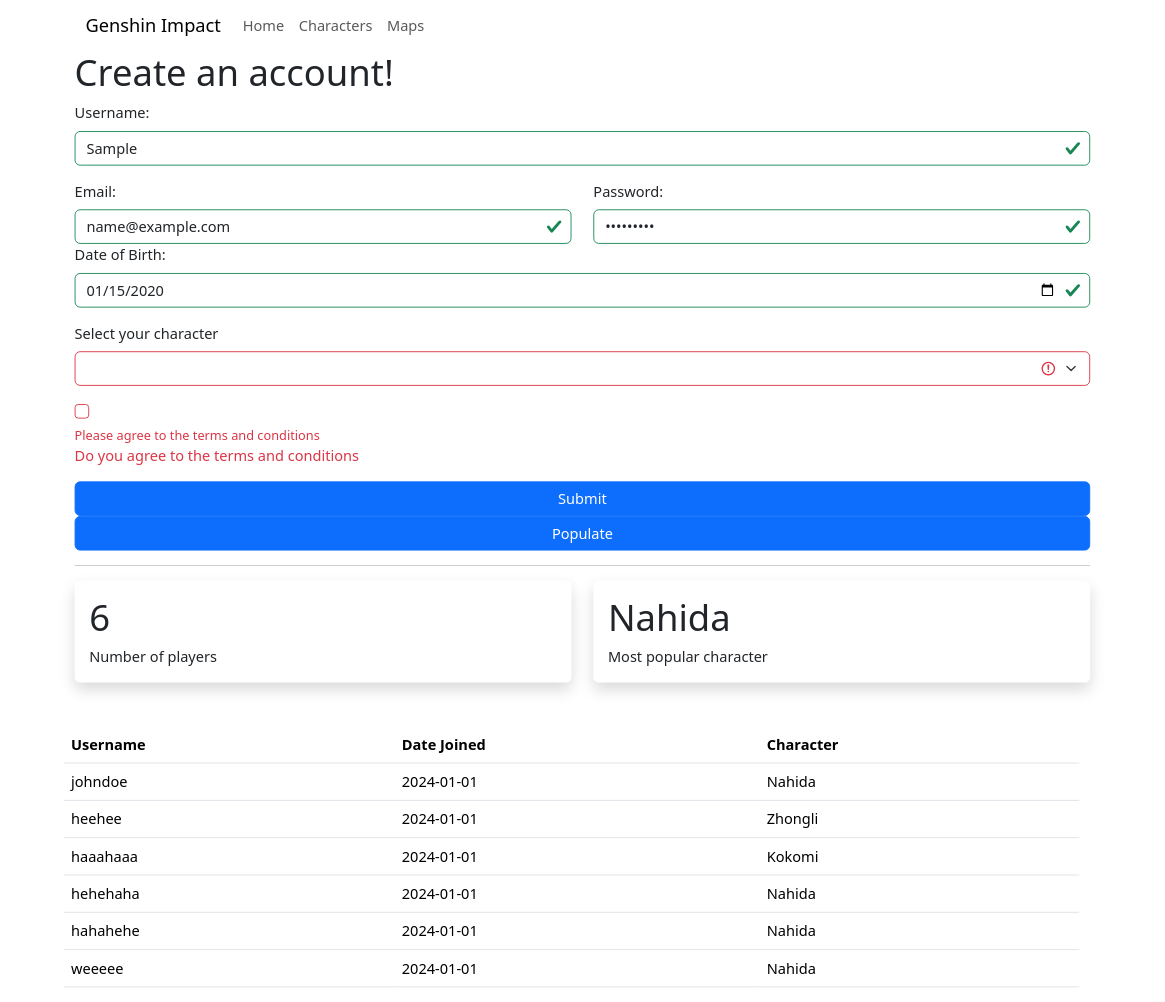
Repository: pendragons-code/BootStrap-Lesson
Page: static/html/genshin_account.html
These files come from the project's save history. The page is drawn as it stood at one moment and after a run of saves; the edit follows.
The browser window is 1280 px wide. The pictures show the whole page, at 91% of full size.
Empty fields were first filled with sample values (such as "Sample", 5 or name@example.com).
After loading, the first visible `form.container` was submitted once.

Above is the page before, as saved 2024-07-22 14:07:37.

### static/html/genshin_account.html
<!DOCTYPE html>
<html lang="en">

<head>
	<meta charset="UTF-8">
	<meta name="viewport" content="width=device-width, initial-scale=1.0">
	<link href="https://cdn.jsdelivr.net/npm/bootstrap@5.3.3/dist/css/bootstrap.min.css" rel="stylesheet"
		integrity="sha384-QWTKZyjpPEjISv5WaRU9OFeRpok6YctnYmDr5pNlyT2bRjXh0JMhjY6hW+ALEwIH" crossorigin="anonymous">
	<script src="https://cdn.jsdelivr.net/npm/bootstrap@5.3.3/dist/js/bootstrap.bundle.min.js"
		integrity="sha384-YvpcrYf0tY3lHB60NNkmXc5s9fDVZLESaAA55NDzOxhy9GkcIdslK1eN7N6jIeHz"
		crossorigin="anonymous"></script>
	<script src="/js/genshin_users.js" defer></script>
	<script src="/js/genshin_form.js" defer></script>
	<title>Document</title>
</head>

<body>
	<div class="container">
		<nav class="navbar navbar-expand-sm bg-body-primary">
			<div class="container-fluid">
				<a class="navbar-brand" href="#">Genshin Impact</a>
				<button class="navbar-toggler" type="button" data-bs-toggle="collapse" data-bs-target="#navbarNav"
					aria-controls="navbarNav" aria-expanded="false" aria-label class="form-label"="Toggle navigation">
					<span class="navbar-toggler-icon"></span>
				</button>
				<div class="collapse navbar-collapse" id="navbarNav">
					<ul class="navbar-nav">
						<li class="nav-item">
							<a class="nav-link" href="#">Home</a>
						</li>
						<li class="nav-item">
							<a class="nav-link" href="#">Characters</a>
						</li>
						<li class="nav-item">
							<a class="nav-link" href="#">Maps</a>
						</li>
					</ul>
				</div>
			</div>
		</nav>
	</div>

	<form action="#" method="POST" class="container needs-validation" novalidate>
		<h1 class="display1">Create an account!</h1>
		<div class="row">
			<div class="col mb-3">
				<label class="form-label" for="usernameField">Username: </label>
				<input required=true class="form-control" type="text" id="usernameField"
					placeholder="Enter your username" name="username">
				<div class="invalid-feedback">Please provide valid username</div>
			</div>
		</div>

		<div class="row">
			<div class="col mb-3-12 col mb-3-sm-6">
				<label class="form-label" for="emailField">Email:</label>
				<input required=true class="form-control" type="email" id="emailField" placeholder="Enter your email"
					name="email">
				<div class="invalid-feedback">Please provide valid email</div>
			</div>

			<div class="col mb-3-12 col mb-3-sm-6">
				<label class="form-label" for="passwordField">Password: </label>
				<input required=true class="form-control" type="password" id="passwordField" name="password">
				<div class="invalid-feedback">Please provide valid password</div>
			</div>
		</div>

		<div class="row">
			<div class="col mb-3">
				<label class="form-label" for="dateOfBirth">Date of Birth: </label>
				<input class="form-control" type="date" id="dateOfBirth">
			</div>
		</div>


		<div class="row">
			<div class="col mb-3">
				<label class="form-label" for="character">Select your character</label>
				<select id="character" class="form-select" required=true>
					<div class="invalid-feedback">Please select character</div>
					<option></option>
					<option>Zhongli</option>
					<option>Nahida</option>
					<option>Kokomi</option>
					<option>Raiden</option>
				</select>
			</div>
		</div>


		<div class="row">
			<div class="col mb-3">
				<input required=true class="form-check-input required=true" type="checkbox" name="terms"
					id="termsField">
				<div class="invalid-feedback">Please agree to the terms and conditions</div>
				<label class="form-check-label" for="termsField">Do you agree to the terms and conditions</label>
			</div>
		</div>
		<div class="d-grid">
			<button type="submit" class="btn btn-primary">Submit</button>
			<button type="button" onclick="dummyData()" class="btn btn-primary">Populate</button>
		</div>

	</form>
	<div class="container">
		<hr>
		<div class="row">
			<div class="col">
				<div class="shadow p-3 mb-5 bg-body rounded">
					<h1 id="playerCount">0</h1>
					<div>Number of players</div>
				</div>
			</div>
			<div class="col">
				<div class="shadow p-3 mb-5 bg-body rounded">
					<h1>Nahida</h1>
					<div>Most popular character</div>
				</div>
			</div>
			<div class="row">
				<table class="table">
					<thead>
						<tr>
							<th scope="col">Username</th>
							<th scope="col">Date Joined</th>
							<th scope="col">Character</th>
						</tr>
					</thead>
					<tbody id="playerTableBody"></tbody>
				</table>
			</div>
		</div>
	</div>
</body>

</html>

### static/js/genshin_users.js
"use strict";

let users = [
	{
		username: "johndoe",
		character: "Nahida",
		dateJoined: "2024-01-01"
	},
	{
		username: "heehee",
		character: "Zhongli",
		dateJoined: "2024-01-01"
	},
	{
		username: "haaahaaa",
		character: "Kokomi",
		dateJoined: "2024-01-01"
	},
	{
		username: "hehehaha",
		character: "Nahida",
		dateJoined: "2024-01-01"
	},
	{
		username: "hahahehe",
		character: "Nahida",
		dateJoined: "2024-01-01"
	},
	{
		username: "weeeee",
		character: "Nahida",
		dateJoined: "2024-01-01"
	},
];

### static/js/genshin_form.js
"use strict";

updatePlayerCount();
function updatePlayerCount() {
	let playerCountElement = document.getElementById("playerCount");
	playerCountElement.innerHTML = users.length;
}

function updatePlayerTable() {
	let tbodyElement = document.getElementById("playerTableBody");
	let tableBodyHtml = "";
	for(let user of users) {
		tableBodyHtml += `<tr><td>${user.username}</td> <td>${user.dateJoined}</td> <td>${user.character}</td></tr>`;
	}
	console.log(tableBodyHtml)
	tbodyElement.innerHTML = tableBodyHtml;
}
updatePlayerTable();

function dummyData() {
	var dummyData = {
		username: "john_doe",
		email: "john.doe@example.com",
		password: "password123",
		dob: "1990-01-01",
		characters: "Nahida",
		terms: true
	}

	document.getElementById("usernameField").value = dummyData.username;
	document.getElementById("emailField").value = dummyData.email;
	document.getElementById("passwordField").value = dummyData.password;
	document.getElementById("dobField").value = dummyData.dob;
	document.getElementById("charactersField").value = dummyData.characters;
	document.getElementById("termsField").value = dummyData.terms;

}

function  updateUserDatabase() {
	let usernameValue = document.getElementById("usernameField").value;
	let character
}


		// Fetch all the forms we want to apply custom Bootstrap validation styles to
		var forms = document.querySelectorAll('.needs-validation')
		// Loop over them and prevent submission
		Array.prototype.slice.call(forms)
			.forEach(function (form) {
				form.addEventListener('submit', event => {
					event.preventDefault()
					event.stopPropagation()
					if (!form.checkValidity()) {
						updateUserDatabase();

					}
					form.classList.add('was-validated')
				}, false)
			})

After the next 2 saves:
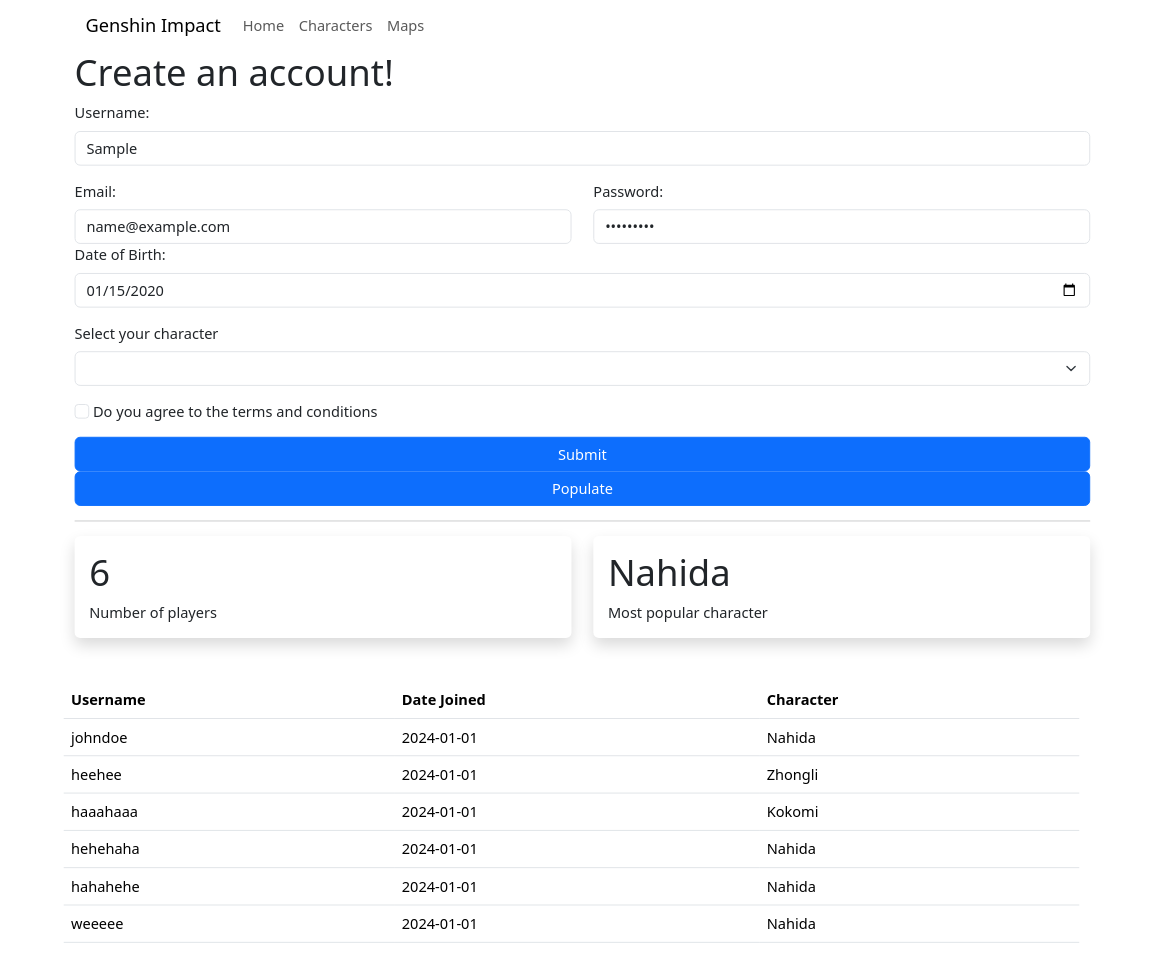
Console error (its wording comes from the project's code and is left out).
The 2 saves are shown as one change because they came seconds apart.
The last was saved 11 s later.
--- a/static/js/genshin_form.js
+++ b/static/js/genshin_form.js
@@ -38,7 +38,7 @@
 
 function  updateUserDatabase() {
 	let usernameValue = document.getElementById("usernameField").value;
-	let character
+	let charactersValue = document.getElementById()
 }
 
 

After the save that followed:
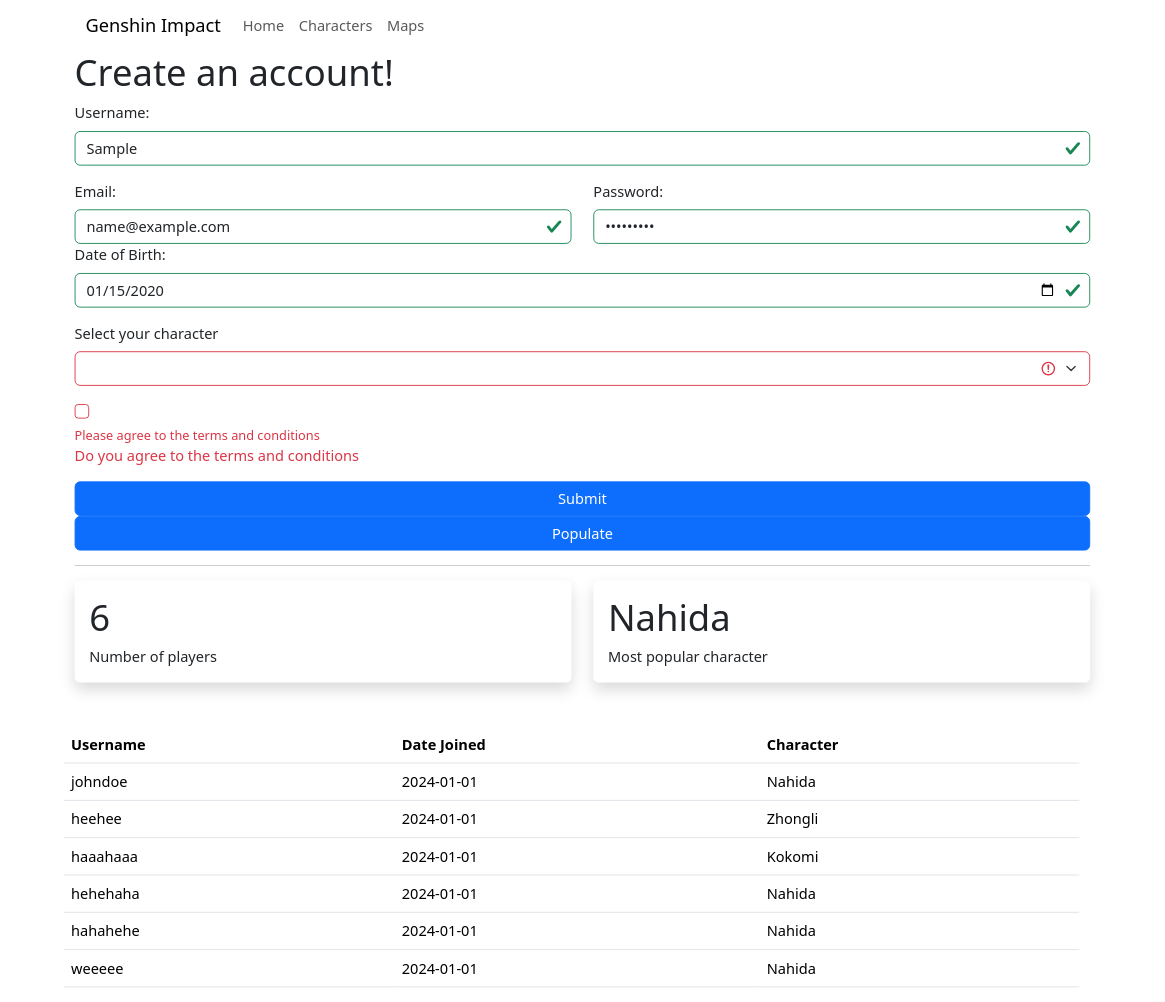
The error is gone.
Saved 5 s later.
--- a/static/js/genshin_form.js
+++ b/static/js/genshin_form.js
@@ -38,7 +38,7 @@
 
 function  updateUserDatabase() {
 	let usernameValue = document.getElementById("usernameField").value;
-	let charactersValue = document.getElementById()
+	let charactersValue = document.getElementById("chractersField")
 }
 
 
